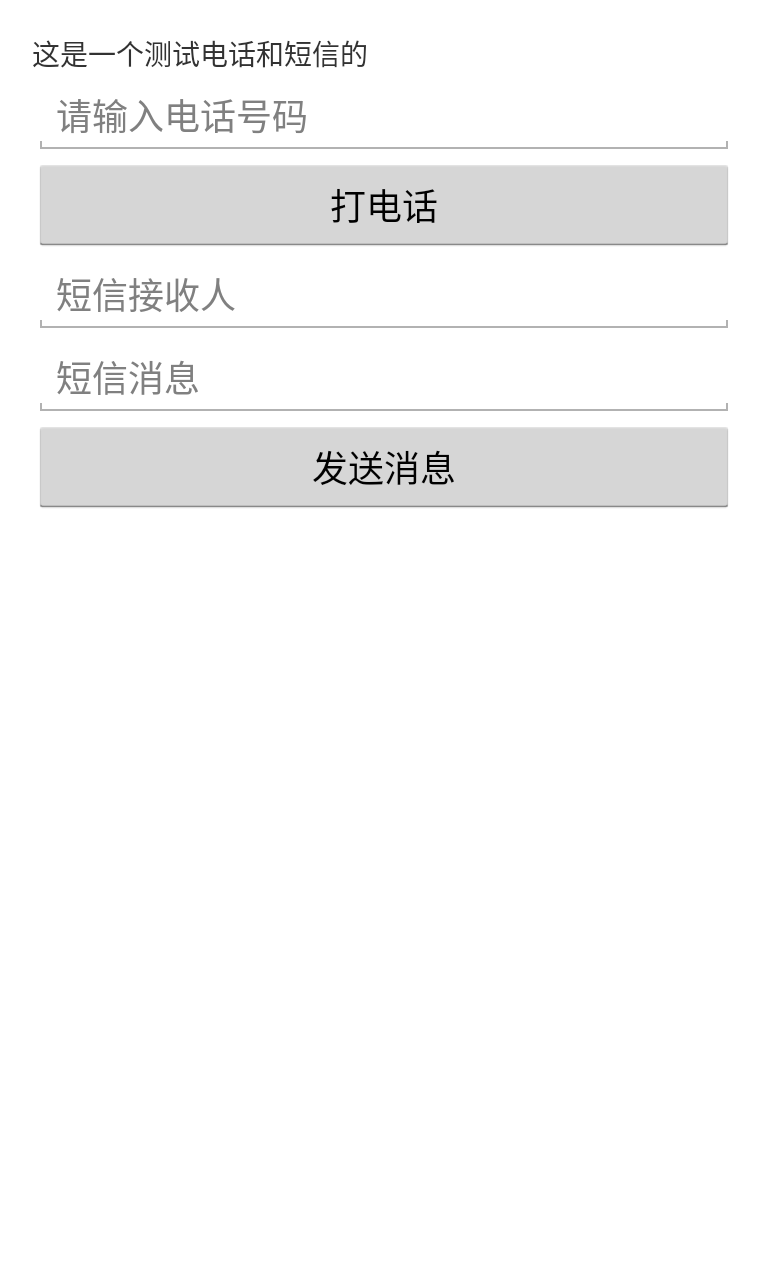
Repository: qwer2714856/Android_learn
Layout: phoneAndMessageLx/res/layout/activity_main.xml
The author's editor kept a copy of each file at every save. The layout is drawn from the files as they stood at one save, then again after the next save.
It is drawn on a 768 x 1280 px phone screen (xhdpi) without system bars, with theme AppTheme; the app's code is not run.

Above is the layout before, as saved 2015-09-25 03:45:16.

### phoneAndMessageLx/res/layout/activity_main.xml
<LinearLayout xmlns:android="http://schemas.android.com/apk/res/android"
    xmlns:tools="http://schemas.android.com/tools"
    android:layout_width="match_parent"
    android:layout_height="match_parent"
    android:paddingBottom="@dimen/activity_vertical_margin"
    android:paddingLeft="@dimen/activity_horizontal_margin"
    android:paddingRight="@dimen/activity_horizontal_margin"
    android:paddingTop="@dimen/activity_vertical_margin"
    tools:context="com.theadventus.phoneandmessagelx.MainActivity"
    android:orientation="vertical"
    >

    <TextView
        android:layout_width="wrap_content"
        android:layout_height="wrap_content"
        android:text="这是一个测试电话和短信的" />

    <EditText
        android:layout_width="match_parent"
        android:layout_height="wrap_content"
        android:hint="请输入电话号码"
        android:id="@+id/callNumber"
        />
    <Button
        android:layout_width="match_parent"
        android:layout_height="wrap_content"
        android:text="打电话"
        android:onClick="call"
        />
    <EditText
        android:layout_width="match_parent"
        android:layout_height="wrap_content"
        android:hint="短信接收人"
        android:id="@+id/messagepeople"
        />

    <EditText
        android:layout_width="match_parent"
        android:layout_height="wrap_content"
        android:hint="短信消息"
        android:id="@+id/message"
        />
    <Button
        android:layout_width="match_parent"
        android:layout_height="wrap_content"
        android:text="发送消息"
        android:onClick="call"
        />

</LinearLayout>

Loaded but not shown: phoneAndMessageLx/res/values/styles.xml (common file); phoneAndMessageLx/res/values-v11/styles.xml (common file); phoneAndMessageLx/res/values-v14/styles.xml (common file); phoneAndMessageLx/res/values/dimens.xml (common file); phoneAndMessageLx/res/values-w820dp/dimens.xml (common file)

After the next save:
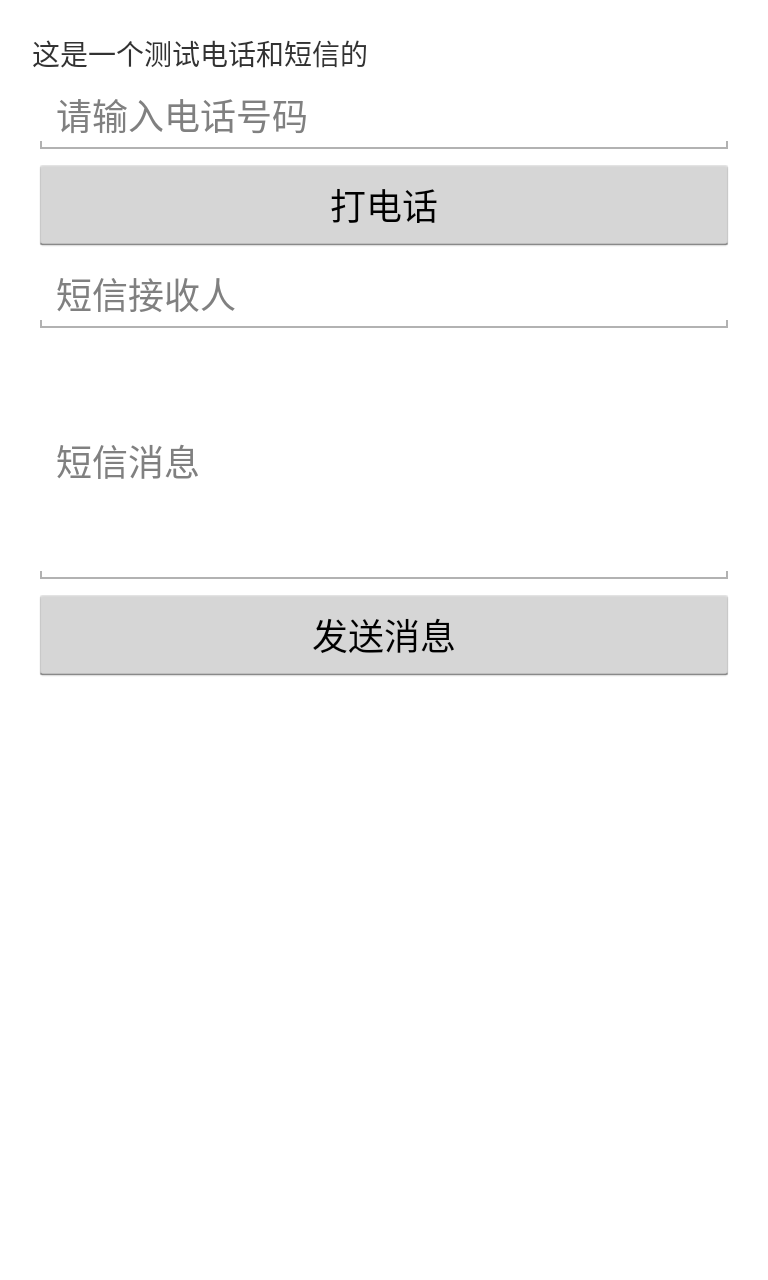
Saved 22 s later.
--- a/phoneAndMessageLx/res/layout/activity_main.xml
+++ b/phoneAndMessageLx/res/layout/activity_main.xml
@@ -39,6 +39,7 @@
         android:layout_height="wrap_content"
         android:hint="短信消息"
         android:id="@+id/message"
+        android:lines="5"
         />
     <Button
         android:layout_width="match_parent"
